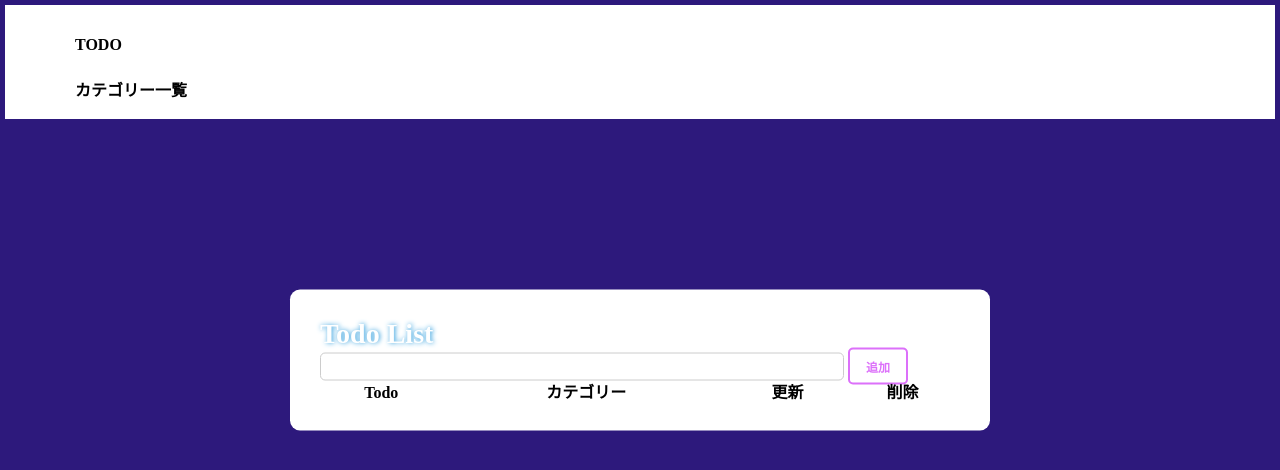
Repository: azuma2/cate
Page: http://localhost/
An editor plug-in stored every save of this project. The page is shown before and after the next save, followed by the edit.
The browser window is 1280 px wide. The pictures show the whole page.
The page is served by the project's Laravel application, run on PHP 8.4 with Laravel 8. Other server files are loaded and not shown. Queries for data that is not in the repository find no rows.

Above is the page before, as saved 2022-05-17 02:49:18.

### routes/web.php
<?php

use Illuminate\Support\Facades\Route;
use App\Http\Controllers\TodoController;
use App\Http\Controllers\CateController;


Route::get('/', [TodoController::class, 'index']);
Route::post('/todo/create', [TodoController::class, 'create']);
Route::post('/todo/update', [TodoController::class, 'update']);
Route::post('/todo/delete', [TodoController::class, 'remove']);
Route::post('/todo/search', [TodoController::class, 'search']);
Route::post('/cate/create', [CateController::class, 'post']);
Route::post('/cate/update', [CateController::class, 'update']);
Route::post('/cate/delete', [CateController::class, 'remove']);
Route::post('/cate/search', [CateController::class, 'search']);

### app/Http/Controllers/TodoController.php
<?php

namespace App\Http\Controllers;

use App\Models\Todo;
use App\Models\Cate;
use Illuminate\Http\Request;
use Illuminate\Support\Facades\DB;

class TodoController extends Controller
{
    public function index()
    {
        $items = Todo::all();
        $items = DB::select('select * from todos');

        return view('index', ['items' => $items]);
    }

    public function create(Request $request)
    {
        $param = ['content' => $request->content,];
        $this->validate($request, Todo::$rules);

        DB::insert('insert into todos (content) values (:content)', $param);
        return redirect('/');
    }

    public function update(Request $request)
    {
         $param = [
            'id' => $request->id,
            'content' => $request->content,

        ];
        $this->validate($request, Todo::$rules);
        DB::update('update todos set content =:content where id =:id', $param);
        return redirect('/');
    }

    public function remove(Request $request)
    {
        $param = ['id' => $request->id];
        DB::delete('delete from todos where id =:id', $param);
        return redirect('/');
    }

}

### app/Models/todo.php
<?php


namespace App\Models;

use Illuminate\Database\Eloquent\Factories\HasFactory;
use Illuminate\Database\Eloquent\Model;
use App\Models\Cate;

class Todo extends Model
{
    use HasFactory;

    protected $fillable = ['cate_id', 'content'];

    public static $rules = array(
        'cate_id' => 'text',
        'content' => 'required|max:20',
    );

    public function cate(){
        return $this->belongsTo('App\Models\cate');
    }


}

### resources/views/index.blade.php
<!DOCTYPE html>
<html lang="ja">
<head>
    <meta charset="UTF-8">
    <meta http-equiv="X-UA-Compatible" content="IE=edge">
    <meta name="viewport" content="width=device-width, initial-scale=1.0">
    <link rel="stylesheet" href="{{ asset('\resources\views\reset.css') }}" >
    <title>@yield('title')</title>
    <style>
    body {
      font-size:16px;
      margin: 5px;
      background-color: #2d197c;
    }


header{
  padding-right:50px;
  padding-left:50px;
  padding-top:20px;
  position: sticky;
  left: 0;
  top: 0;
  background: #fff;
}
.head {
  justify-content: space-between;
  display: flex;
  font-weight: bolder;
  position: sticky;
  bottom: 0;
}

.head1{
  padding: 10px;
  margin: 10px;
}

.head2{
  padding: 10px;
  margin: 10px;
}

ul{
  list-style: none;
  margin-top: -8px;
}

    td {
      padding: 5px 10px;
      text-align: center;
    }

    .narabe{
      display:flex;
        flex-flow: column;
    }

    .button {
    text-align: left;
    border: 2px solid #dc70fa;
    font-size: 12px;
    color: #dc70fa;
    background-color: #fff;
    font-weight: bold;
    padding: 8px 16px;
    border-radius: 5px;
    cursor: pointer;
    transition: 0.4s;
    outline: none;
}
.input-add {
    width: 80%;
    padding: 5px;
    border-radius: 5px;
    border: 1px solid #ccc;
    appearance: none;
    font-size: 14px;
    outline: none;
}
.input-update {
    width: 90%;
    padding: 5px;
    border-radius: 5px;
    border: 1px solid #ccc;
    appearance: none;
    font-size: 14px;
    outline: none;
}
    .card {
    background-color: #fff;
    width: 50vw;
    padding: 30px;
    position: absolute;
    top: 50%;
    left: 50%;
    transform: translate(-50%, -50%);
    border-radius: 10px;
}
    h2 {
      font-size:28px;
      color:white;
      text-shadow:1px 0 5px #289ADC;
      margin-left: 1px;
      margin: 0;
    }
    .content {
      margin:10px;
    }
    </style>
  </head>
  <body>
  <header>
    <div class="head">
      <ul>
        <li class="head1">TODO</li>
        <li class="head2">カテゴリー一覧</li>
      </ul>
    </div>
  </header>
  <div class="container">
    <div class="card">
      <h2 class="title">Todo List</h2>
            <div class="todo">
              @if ($errors->has('content'))
                  <tr>
                    <th>ERROR</th>
                  <td>
                  {{$errors->first('content')}}
                </td>
            </tr>
          @endif
        <form action="/todo/create" method="post">
            @csrf
          <input type="text" class="input-add" name="content">
          <input class="button" type="submit" value="追加" />
        </form>
          <div class="narabe">
        <table>
            @csrf
          <tr>
            <th>Todo</th>
            <th>カテゴリー</th>
            <th>更新</th>
            <th>削除</th>
          </tr>

                    <tr>
            @foreach ($items as $item)

            <td>

            </td>

            <form action="/todo/update" method="post">
              @csrf
              <td>
                <input type="text" class="input-update" value="{{$item->content}}" name="content" />
              </td>
              <td>
                <input type="hidden"  name="id" value="{{$item->id}}">
                <input class="button" type="submit" value="更新" >
              </td>
            </form>
            <td>
              <form action="/todo/delete" method="post" >
                    @csrf
                <input  type="hidden" name="id" value="{{$item->id}}" >
                <input class="button" type="submit" value="削除" >
              </form>
            </td>
            </div>
          </tr>
          @endforeach
        </table>
      </div>
    </div>
  </div>
  </div>

</body>
</html>

### resources/views/reset.css
/*
html5doctor.com Reset Stylesheet
v1.6.1
Last Updated: 2010-09-17
Todo: Richard Clark - http://richclarkdesign.com
Twitter: @rich_clark
*/

html, body, div, span, object, iframe,
h1, h2, h3, h4, h5, h6, p, blockquote, pre,
abbr, address, cite, code,
del, dfn, em, img, ins, kbd, q, samp,
small, strong, sub, sup, var,
b, i,
dl, dt, dd, ol, ul, li,
fieldset, form, label, legend,
table, caption, tbody, tfoot, thead, tr, th, td,
article, aside, canvas, details, figcaption, figure,
footer, header, hgroup, menu, nav, section, summary,
time, mark, audio, video {
    margin:0;
    padding:0;
    border:0;
    outline:0;
    font-size:100%;
    vertical-align:baseline;
    background:transparent;
}

body {
    line-height:1;
}

article,aside,details,figcaption,figure,
footer,header,hgroup,menu,nav,section {
    display:block;
}

nav ul {
    list-style:none;
}

blockquote, q {
    quotes:none;
}

blockquote:before, blockquote:after,
q:before, q:after {
    content:'';
    content:none;
}

a {
    margin:0;
    padding:0;
    font-size:100%;
    vertical-align:baseline;
    background:transparent;
}

/* change colours to suit your needs */
ins {
    background-color:#ff9;
    color:#000;
    text-decoration:none;
}

/* change colours to suit your needs */
mark {
    background-color:#ff9;
    color:#000;
    font-style:italic;
    font-weight:bold;
}

del {
    text-decoration: line-through;
}

abbr[title], dfn[title] {
    border-bottom:1px dotted;
    cursor:help;
}

table {
    border-collapse:collapse;
    border-spacing:0;
}

/* change border colour to suit your needs */
hr {
    display:block;
    height:1px;
    border:0;
    border-top:1px solid #cccccc;
    margin:1em 0;
    padding:0;
}

input, select {
    vertical-align:middle;
}

Loaded but not shown: app/Http/Controllers/Controller.php (common file)

After the next save:
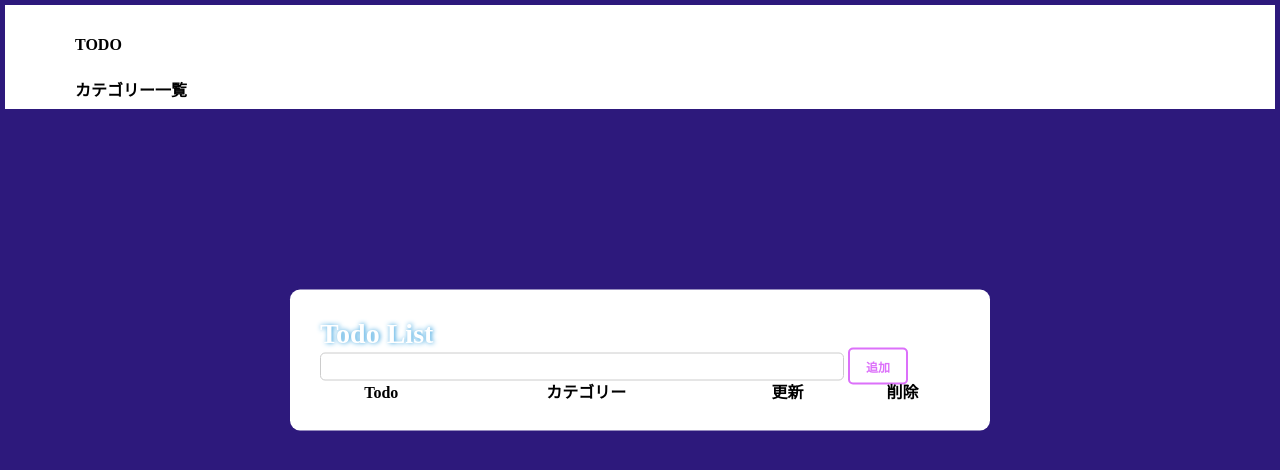
Saved 3 min 2 s later.
--- a/resources/views/index.blade.php
+++ b/resources/views/index.blade.php
@@ -24,8 +24,7 @@
   background: #fff;
 }
 .head {
-  justify-content: space-between;
-  display: flex;
+
   font-weight: bolder;
   position: sticky;
   bottom: 0;

After the save that followed:
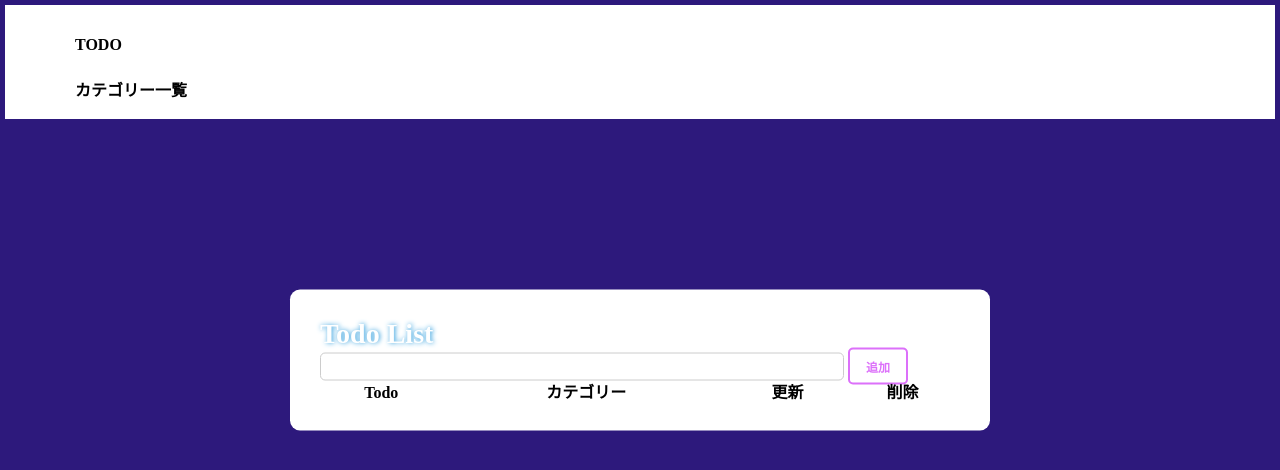
Saved 4 s later.
--- a/resources/views/index.blade.php
+++ b/resources/views/index.blade.php
@@ -22,6 +22,8 @@
   left: 0;
   top: 0;
   background: #fff;
+    justify-content: space-between;
+  display: flex;
 }
 .head {
 
